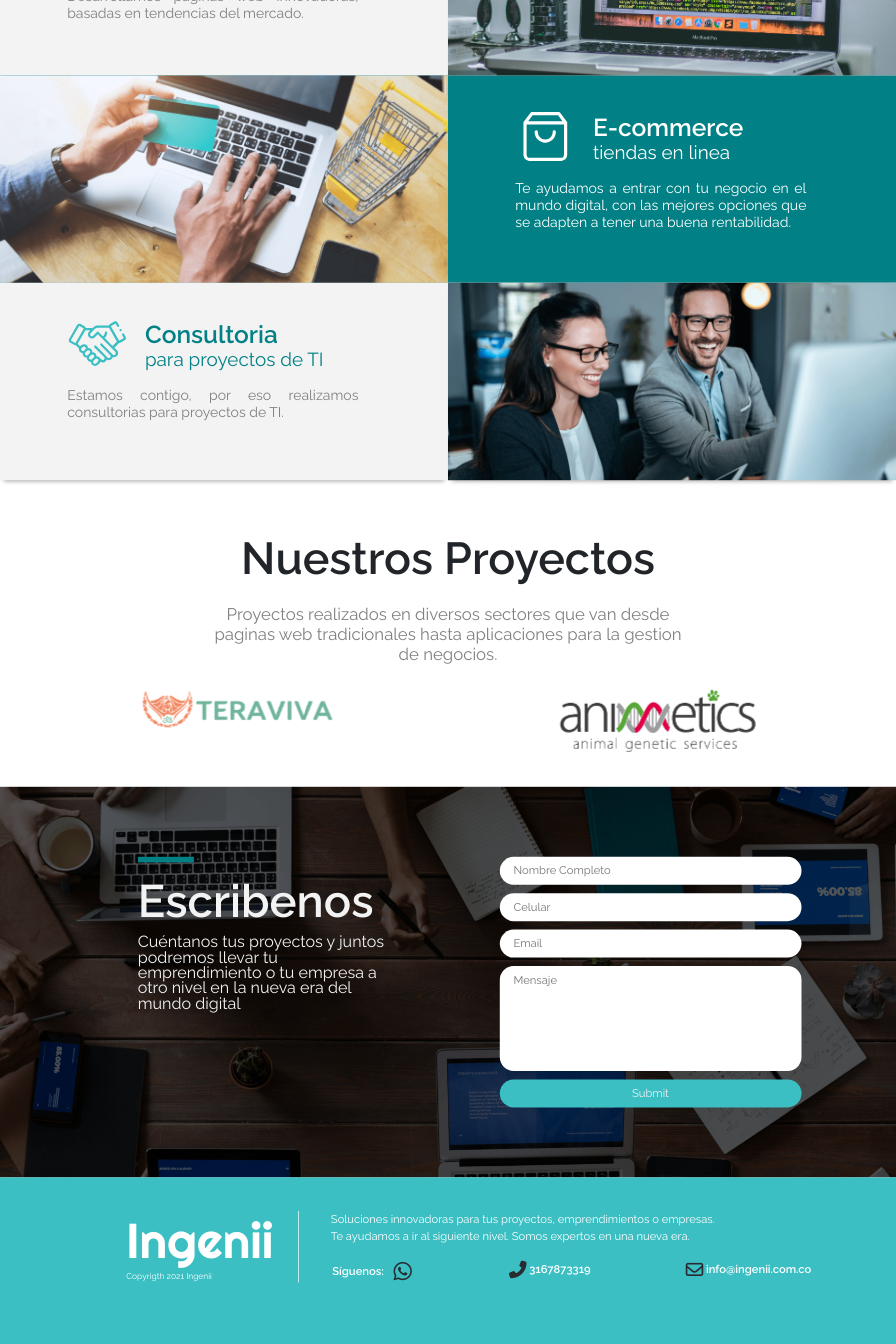
Repository: mariomr87/testwebpage
Page: index.html
An editor plug-in stored every save of this project. The page is shown before and after the next save, followed by the edit.
The browser window is 1280 px wide. The pictures show the part of the page from y = 1640 to 3560 px (the page is 3560 px tall), at 70% of full size.
Some web libraries are served in a nearby version.

Above is the page before, as saved 2021-10-22 22:00:40.

After the next save:
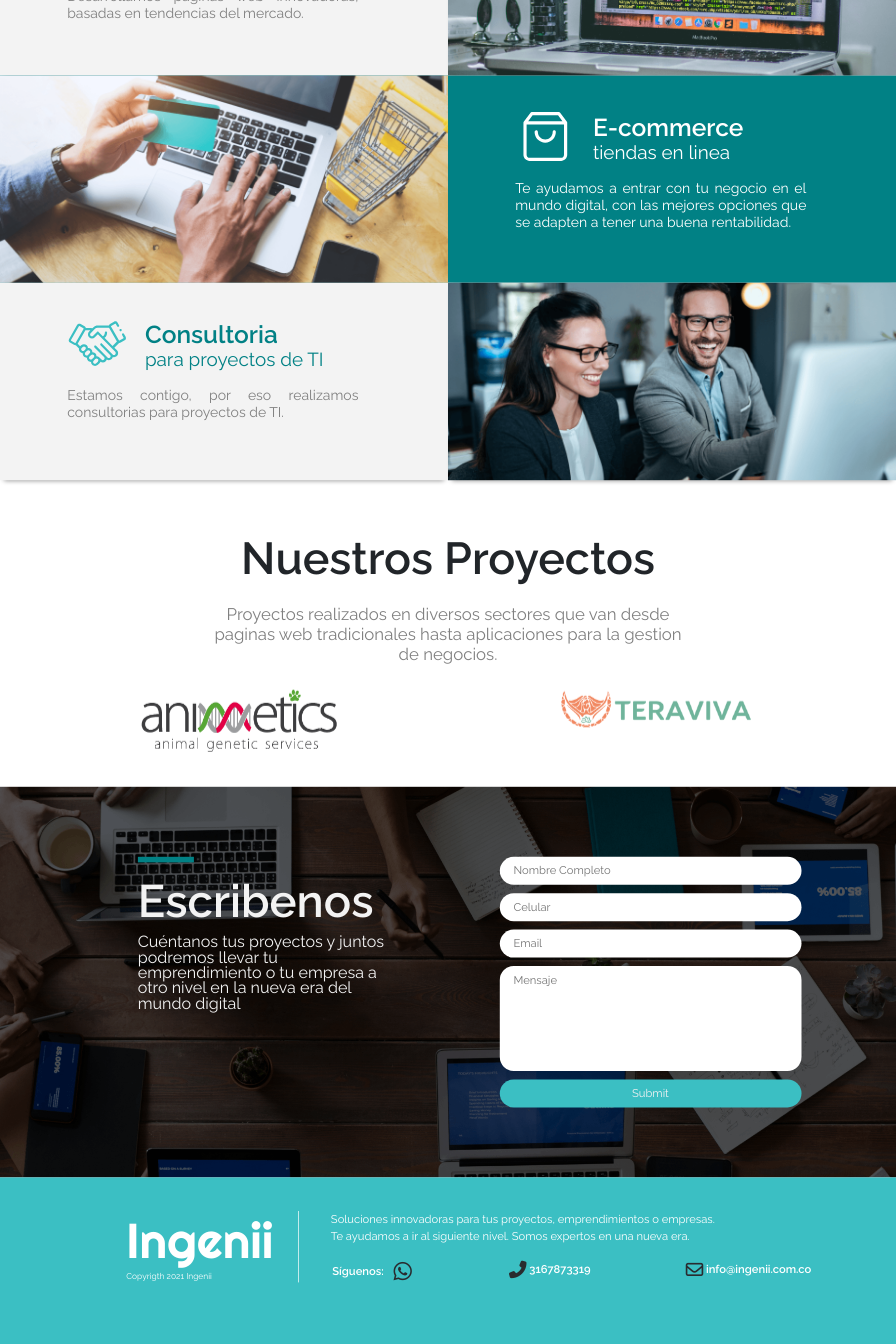
Console error: TypeError: Cannot read properties of null (reading 'classList')
Saved 6 s later.
--- a/index.html
+++ b/index.html
@@ -22,6 +22,9 @@
 
 	<!-- viewport mobile -->
 	<meta name="viewport" content="width=device-width, initial-scale=1.0">
+
+	<!-- menu sticky -->
+	<script src="menu.js" type="text/javascript"></script>
 
 
 </head>
